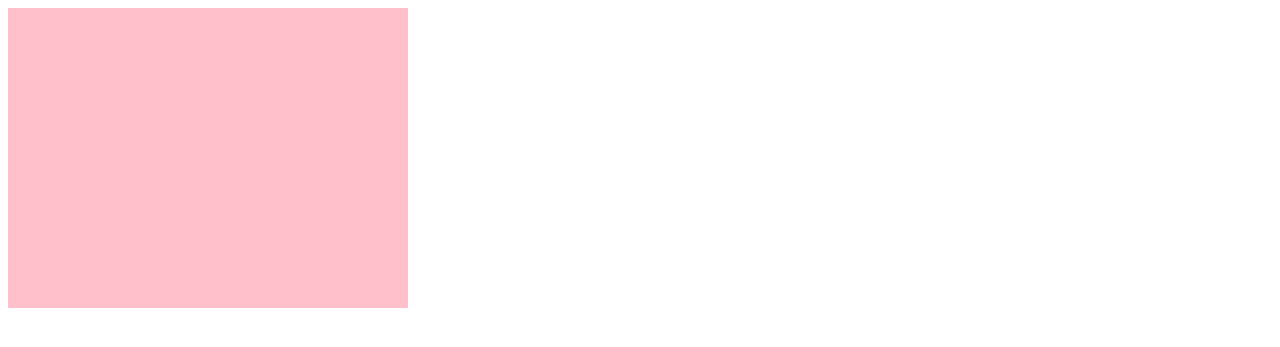
Repository: MMXiaohang/frontend-interview-coding
Page: 16.双栏布局.html
These files come from the project's save history. The page is drawn as it stood at one moment and after the next save; the edit follows.
The browser window is 1280 px wide. The pictures show the whole page.

Above is the page before, as saved 2022-08-22 23:17:03.

### 16.双栏布局.html
<!DOCTYPE html>
<html lang="en">
<head>
    <meta charset="UTF-8">
    <meta http-equiv="X-UA-Compatible" content="IE=edge">
    <meta name="viewport" content="width=device-width, initial-scale=1.0">
    <title>Document</title>
    <style>
        #container{
            /* display: flex;  3 */
            display: flex;
            position: relative;
            width:100%;
            height:300px;
        }

        #left{
            float: left;  /*1,2*/
            /* position: absolute; */
            width:400px;
            height: 100%;
            background-color: pink;
        }

        #center{
            overflow: auto; /*1*/
            margin-left: 100px; /*2 4*/
            /* flex: 1;  3 */
            height: 100%;
            background-color: blue;
        }
    </style>
</head>
<body>
    <div id="container">
        <div id="left"></div>
        <div id="center"></div>
    </div>
</body>
</html>

After the next save:
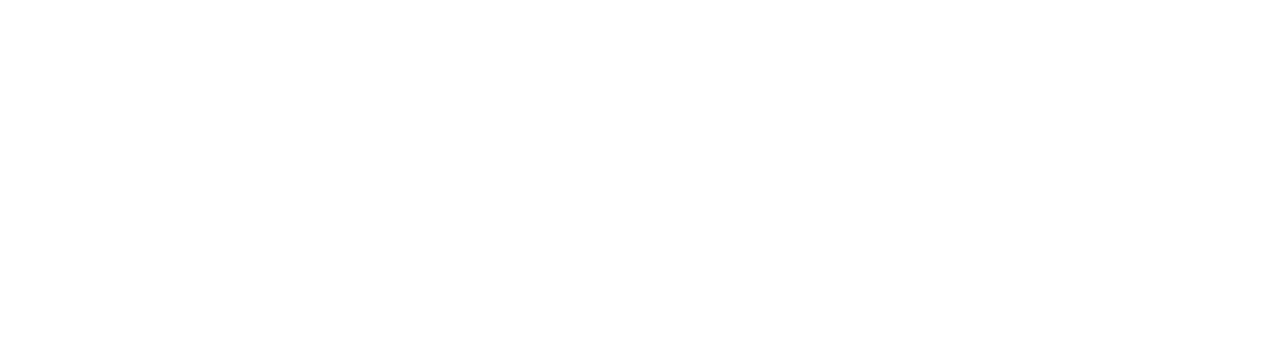
Saved 57 s later.
--- a/16.双栏布局.html
+++ b/16.双栏布局.html
@@ -17,6 +17,7 @@
         #left{
             float: left;  /*1,2*/
             /* position: absolute; */
+            fle
             width:400px;
             height: 100%;
             background-color: pink;

After the 2 saves that followed:
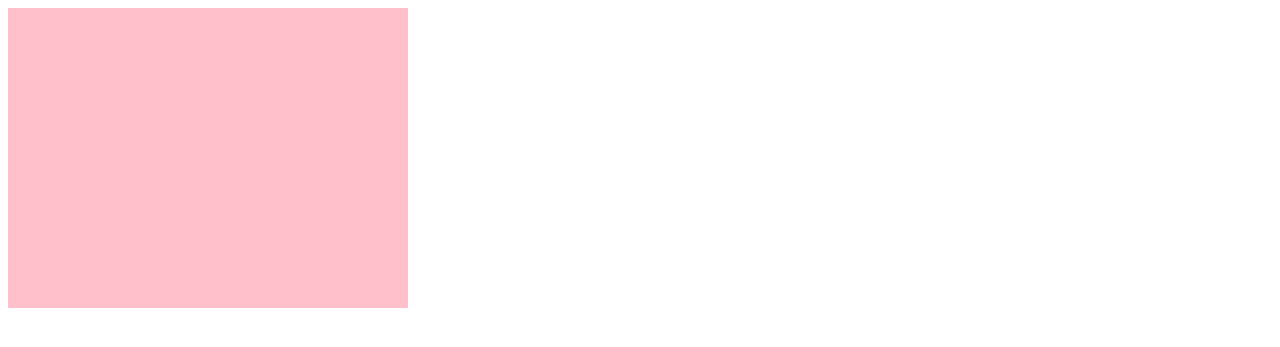
The 2 saves are shown as one change because 1 left the picture as it was.
The last was saved 29 s later.
--- a/16.双栏布局.html
+++ b/16.双栏布局.html
@@ -17,7 +17,6 @@
         #left{
             float: left;  /*1,2*/
             /* position: absolute; */
-            fle
             width:400px;
             height: 100%;
             background-color: pink;
